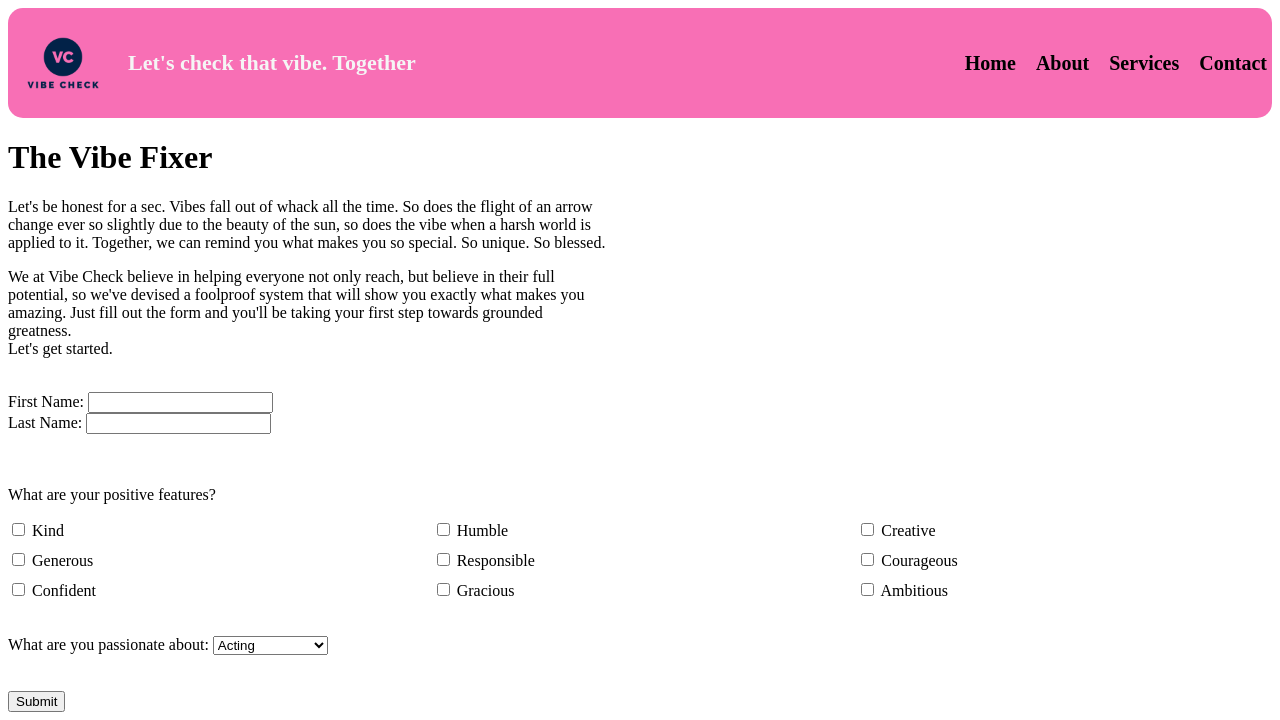
Repository: Chadloswald/Dis-Service
Page: docs/index.html
An editor plug-in stored every save of this project. The page is shown before and after the next save, followed by the edit.
The browser window is 1280 px wide. The pictures show the whole page.

Above is the page before, as saved 2023-05-02 11:09:39.

After the next save:
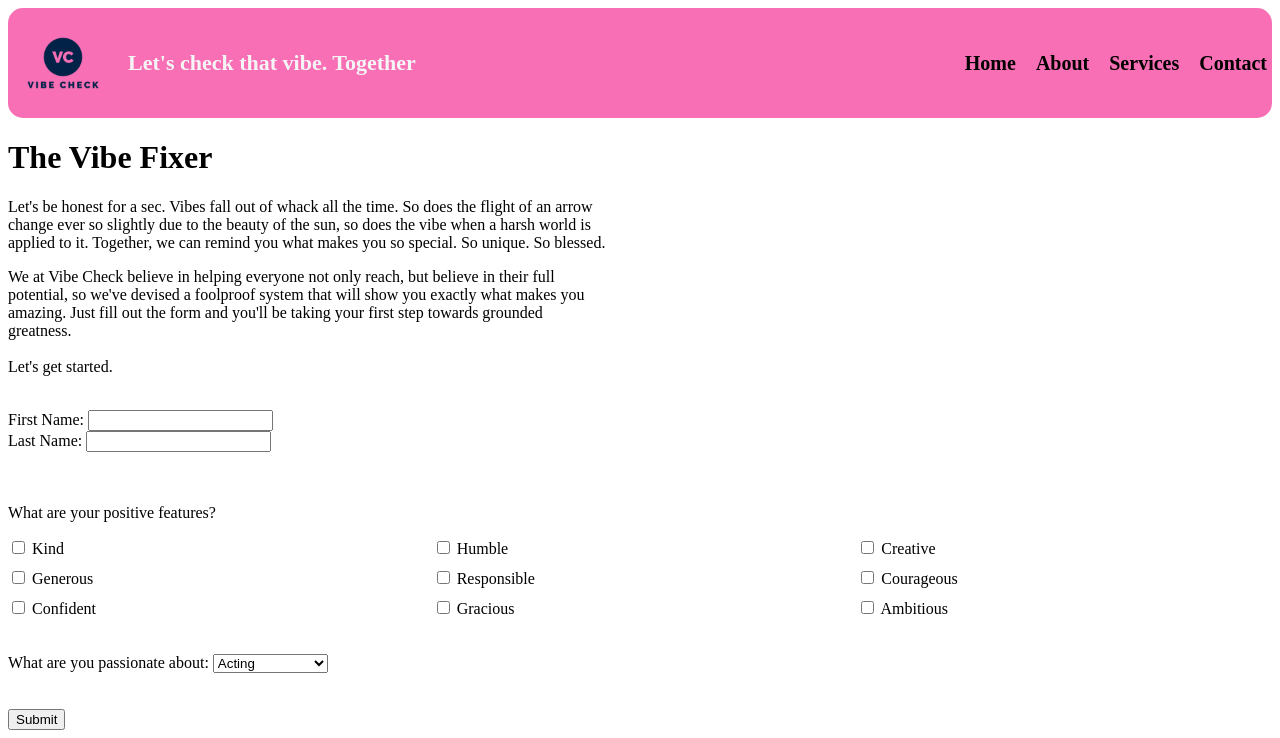
Saved 15 s later.
--- a/docs/index.html
+++ b/docs/index.html
@@ -22,7 +22,7 @@
 	  </header>
 	<h1>The Vibe Fixer</h1>
 	  <p>Let's be honest for a sec. Vibes fall out of whack all the time. So does the flight of an arrow change ever so slightly due to the beauty of the sun, so does the vibe when a harsh world is applied to it. Together, we can remind you what makes you so special. So unique. So blessed.</p>
-		<p>We at Vibe Check believe in helping everyone not only reach, but believe in their full potential, so we've devised a foolproof system that will show you exactly what makes you amazing. Just fill out the form and you'll be taking your first step towards grounded greatness. <br>Let's get started.</p>
+		<p>We at Vibe Check believe in helping everyone not only reach, but believe in their full potential, so we've devised a foolproof system that will show you exactly what makes you amazing. Just fill out the form and you'll be taking your first step towards grounded greatness. <br><br>Let's get started.</p>
 	  <br>
 	<form>
 
